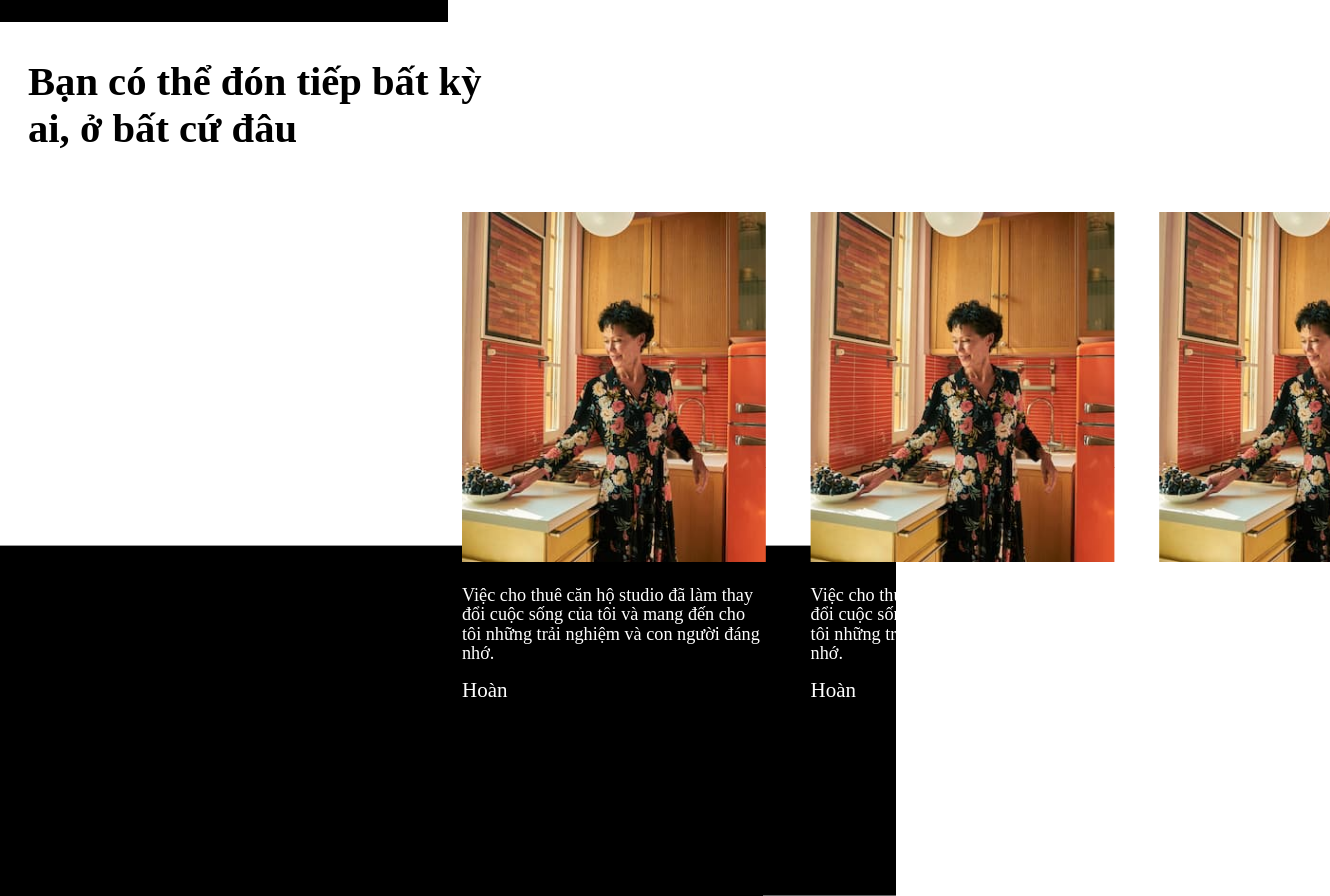
Repository: HoanTiny/AirbnbClone
Page: page3.html
The author's editor kept a copy of each file at every save. The page is drawn from the files as they stood at one save, then again after the next save.
The browser window is 1280 px wide. The page is 1900 px wide, so the pictures cover 1900 px, including what lies to the right of the window. The pictures show the part of the page from y = 688 to 1968 px (the page is 1968 px tall), at 70% of full size.
Pictures or frames that could not be fetched are drawn as grey boxes.

Above is the page before, as saved 2021-09-13 11:29:36.

After the next save:
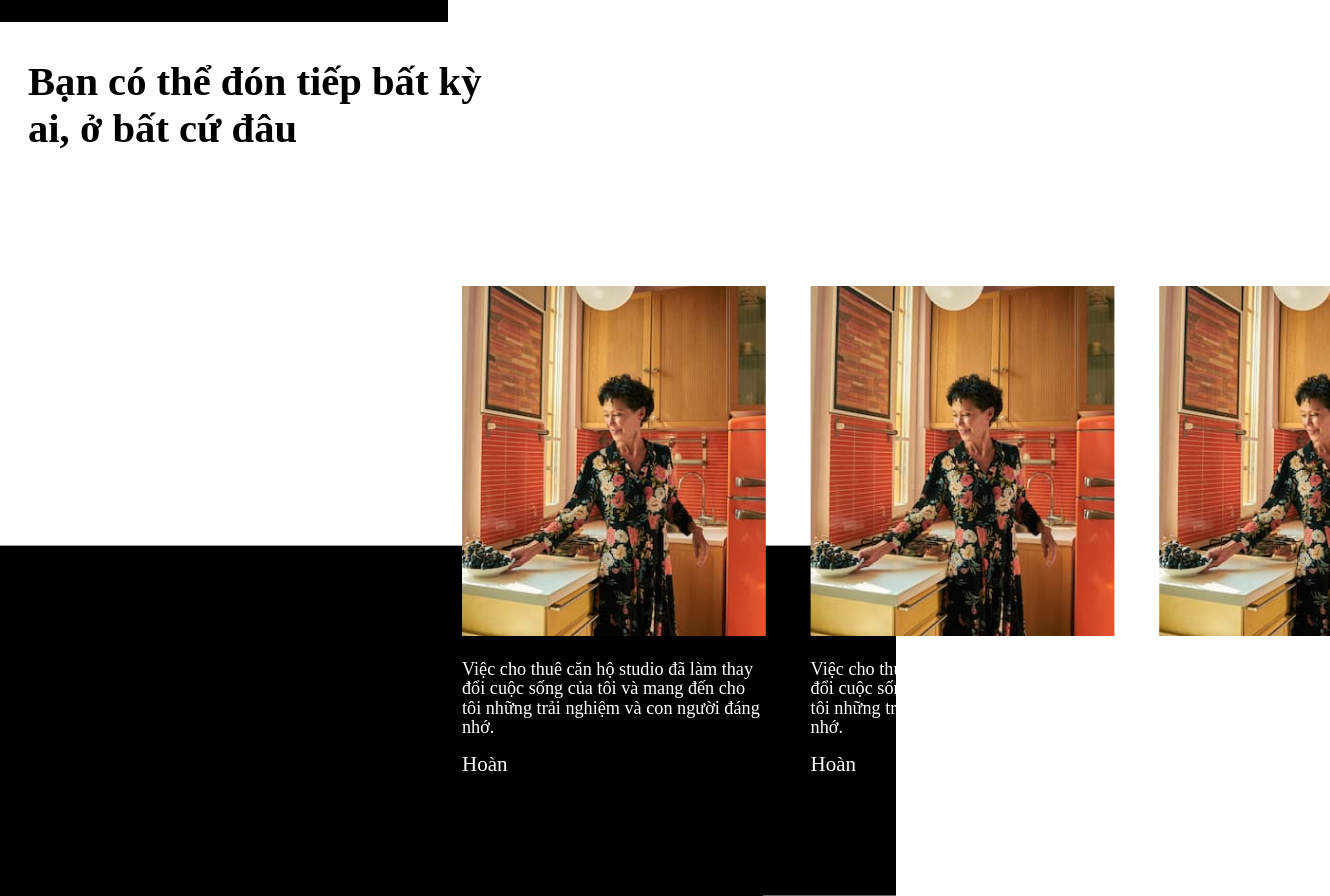
Saved 35 s later.
--- a/acess/css/mainpage3.css
+++ b/acess/css/mainpage3.css
@@ -90,7 +90,7 @@ body {
 
 .content__home {
     position: absolute;
-    bottom: -35%;
+    bottom: -50%;
     max-width: 100%;
     overflow-x: auto;
     flex-wrap: nowrap;
